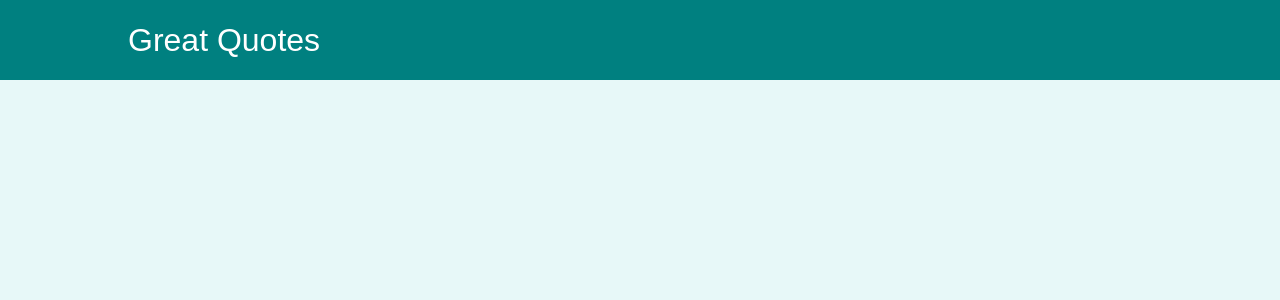
Repository: NamalPathirana/react-router-prac-two-demo
Page: /add-quotes
The author's editor kept a copy of each file at every save. The page is drawn from the files as they stood at one save, then again after the next save.
The browser window is 1280 px wide. The pictures show the whole page.
The project was rebuilt for these pictures with package versions that can differ from the ones it lists, and the page was loaded fresh each time.

Above is the page before, as saved 2022-04-17 21:44:58.

### src/App.js
import { Fragment } from "react";
import { Route } from "react-router-dom";
import Header from "./components/layout/Header";

function App() {
  return (
    <Fragment>
      <Header></Header>
      <main>
        {/* <Route></Route> */}
      </main>
    </Fragment>
  );
}

export default App;

### src/components/layout/Header.js
import classes from "./MainNavigation.module.css";

const Header = () => {
  return (
    <header className={classes.header}>
      <p className={classes.logo}>Great Quotes</p>
    </header>
  );
};

export default Header;

Loaded but not shown: public/index.html (common file); src/index.js (common file); src/index.css (common file); src/components/layout/MainNavigation.module.css (common file)

After the next save:
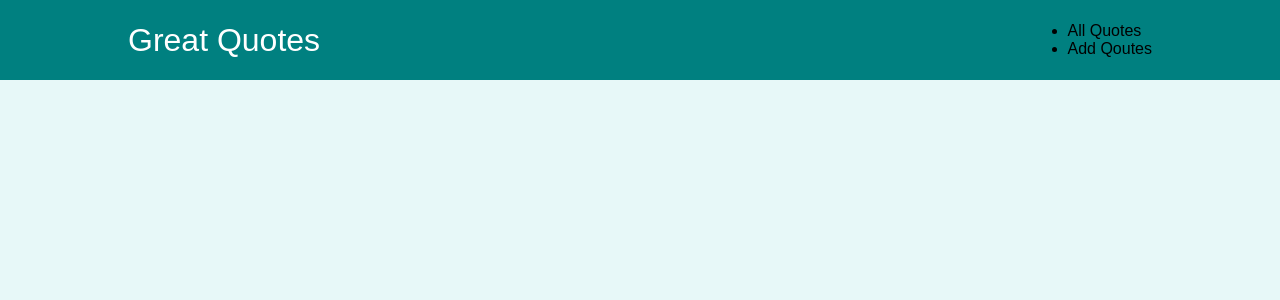
Saved 2 min 42 s later.
--- a/src/components/layout/Header.js
+++ b/src/components/layout/Header.js
@@ -4,6 +4,10 @@ const Header = () => {
   return (
     <header className={classes.header}>
       <p className={classes.logo}>Great Quotes</p>
+      <ul className={classes.ul}>
+          <li>All Quotes</li>
+          <li>Add Qoutes</li>
+      </ul>
     </header>
   );
 };
